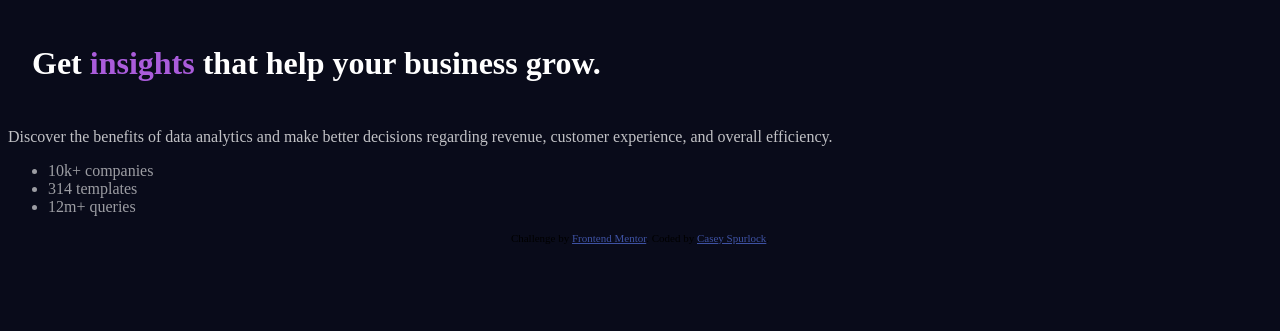
Repository: CaseySpurlock/stats-prewiew-component
Page: index.html
These files come from the project's save history. The page is drawn as it stood at one moment and after the next save; the edit follows.
The browser window is 1280 px wide. The pictures show the whole page.

Above is the page before, as saved 2021-06-20 23:56:34.

### index.html
<!DOCTYPE html>
<html lang="en">
<head>
  <meta charset="UTF-8">
  <meta name="viewport" content="width=device-width, initial-scale=1.0"> <!-- displays site properly based on user's device -->

  <link rel="icon" type="image/png" sizes="32x32" href="./images/favicon-32x32.png">

  <title>Frontend Mentor | Stats preview card component</title>

  <link rel="stylesheet" href="css/styles.css">

</head>

<body>

  <div class="hero">
    <h1 class="head">Get <span>insights</span> that help your business grow.</h1>

    <p>Discover the benefits of data analytics and make better decisions regarding revenue, customer
      experience, and overall efficiency.</p>
  </div>
  <div class="stat-head">
    <ul class="row">
      <li>10k+ companies</li>
      <li>314 templates</li>
      <li>12m+ queries</li>
    </ul>
  </div>



  <div class="attribution">
    Challenge by <a href="https://www.frontendmentor.io?ref=challenge" target="_blank">Frontend Mentor</a>.
    Coded by <a href="#">Casey Spurlock</a>.
  </div>
</body>
</html>

### css/styles.css
body {
    background: hsl(233, 47%, 7%);
}

h1 {
    color: white;
    text-align: left;
    padding: 1.5rem;
}

p {
    color: hsla(0, 0%, 100%, 0.75);
    text-align: left;
}

.stat-head {
    color: hsla(0, 0%, 100%, 0.6);
    display: flexbox;
}

.attribution {
    font-size: 11px;
    text-align: center;
}
.attribution a {
    color: hsl(228, 45%, 44%);
}

span {
    color: hsl(277, 64%, 61%);
}

After the next save:
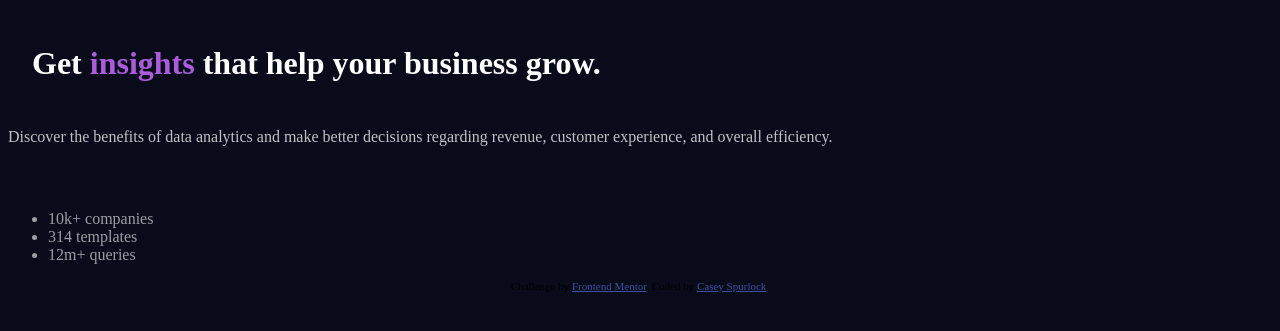
Saved 29 s later.
--- a/css/styles.css
+++ b/css/styles.css
@@ -11,6 +11,7 @@
 p {
     color: hsla(0, 0%, 100%, 0.75);
     text-align: left;
+    padding-bottom: 3rem;
 }
 
 .stat-head {
